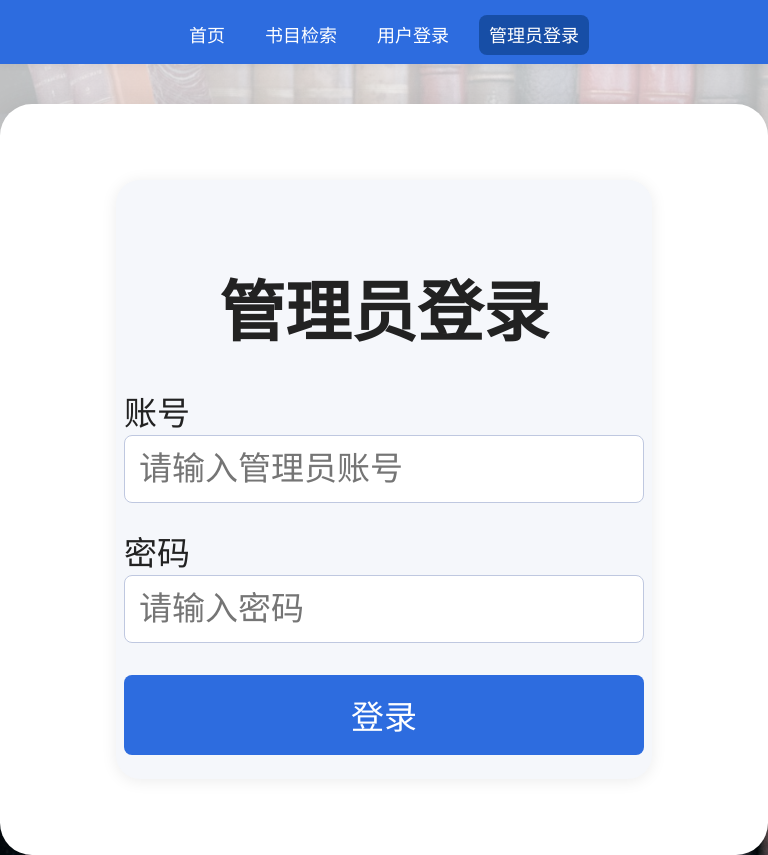
Repository: MercuryRandom/Library-Resource-Management-System
Page: /admin-login (app in frontend/)
The author's editor kept a copy of each file at every save. The page is drawn from the files as they stood at one save, then again after the next save.
The browser window is 768 px wide. The pictures show the whole page.
Backgrounds fixed to the window are drawn as part of the page. The project was rebuilt for these pictures with package versions that can differ from the ones it lists, and the page was loaded fresh each time. Also part of the build but not shown: frontend/vite.config.js, frontend/src/pages/HomePage.jsx, frontend/src/pages/SearchPage.jsx, frontend/src/pages/LoginPage.jsx, frontend/src/pages/RegisterPage.jsx, frontend/src/pages/admin/ReaderManagementPage.jsx, frontend/src/pages/admin/BookManagementPage.jsx, frontend/src/pages/admin/BorrowManagementPage.jsx.

Above is the page before, as saved 2025-06-27 09:53:45.

### frontend/index.html
<!DOCTYPE html>
<html lang="zh-CN">

<head>
  <meta charset="UTF-8" />
  <link rel="icon" type="image/svg+xml" href="/vite.svg" />
  <meta name="viewport" content="width=device-width, initial-scale=1.0" />
  <title>图书管理系统</title>
</head>

<body>
  <div id="root"></div>
  <script type="module" src="/src/main.jsx"></script>
</body>

</html>

### frontend/src/App.jsx
import { BrowserRouter as Router, Routes, Route, useNavigate } from 'react-router-dom';
import MainLayout from './layout/MainLayout';
import HomePage from './pages/HomePage';
import SearchPage from './pages/SearchPage';
import LoginPage from './pages/LoginPage';
import RegisterPage from './pages/RegisterPage';
import UserLibraryPage from './pages/UserLibraryPage';
import AdminLoginPage from './pages/AdminLoginPage';
import AdminPage from './pages/AdminPage';
import ReaderManagementPage from './pages/admin/ReaderManagementPage';
import BookManagementPage from './pages/admin/BookManagementPage';
import BorrowManagementPage from './pages/admin/BorrowManagementPage';
import './App.css';

function App() {
  return (
    <Router>
      <Routes>
        <Route path="/" element={<MainLayout />}>
          <Route index element={<HomePage />} />
          <Route path="search" element={<SearchPage />} />
          <Route path="login" element={<LoginPage />} />
          <Route path="register" element={<RegisterPage />} />
          <Route path="library" element={<UserLibraryPage />} />
          <Route path="admin-login" element={<AdminLoginPage />} />
          <Route path="admin" element={<AdminPage />}>
            <Route path="readers" element={<ReaderManagementPage />} />
            <Route path="books" element={<BookManagementPage />} />
            <Route path="borrowing" element={<BorrowManagementPage />} />
          </Route>
        </Route>
      </Routes>
    </Router>
  );
}

export default App;

### frontend/src/layout/MainLayout.jsx
import React from 'react';
import { Outlet, NavLink } from 'react-router-dom';

const MainLayout = () => {
  return (
    <div>
      <nav>
        <ul>
          <li>
            <NavLink to="/" end className={({ isActive }) => isActive ? 'active' : ''}>首页</NavLink>
          </li>
          <li>
            <NavLink to="/search" className={({ isActive }) => isActive ? 'active' : ''}>书目检索</NavLink>
          </li>
          <li>
            <NavLink to="/login" className={({ isActive }) => isActive ? 'active' : ''}>用户登录</NavLink>
          </li>
          <li>
            <NavLink to="/admin-login" className={({ isActive }) => isActive ? 'active' : ''}>管理员登录</NavLink>
          </li>
        </ul>
      </nav>
      <hr style={{ border: 'none', margin: 0 }} />
      <main>
        <Outlet />
      </main>
    </div>
  );
};

export default MainLayout;

### frontend/src/pages/UserLibraryPage.jsx
import React, { useState } from 'react';

const features = [
  { key: 'history', title: '借阅历史查询', desc: '查看我的借阅记录和归还情况', icon: '📖' },
  { key: 'borrow', title: '图书借阅', desc: '在线借阅图书，方便快捷', icon: '📚' },
  { key: 'return', title: '图书归还', desc: '归还已借阅的图书', icon: '🔄' },
  { key: 'reserve', title: '预约借书', desc: '提前预约心仪的图书', icon: '📝' },
];

const featureContent = {
  history: <div style={{ fontSize: 24, marginTop: 24 }}>这里显示借阅历史（示例内容）。</div>,
  borrow: <div style={{ fontSize: 24, marginTop: 24 }}>这里是图书借阅功能（示例内容）。</div>,
  return: <div style={{ fontSize: 24, marginTop: 24 }}>这里是图书归还功能（示例内容）。</div>,
  reserve: <div style={{ fontSize: 24, marginTop: 24 }}>这里是预约借书功能（示例内容）。</div>,
};

const UserLibraryPage = () => {
  const [selected, setSelected] = useState('history');
  return (
    <div>
      <h2 style={{ fontSize: 44, marginBottom: 36, textAlign: 'center' }}>我的图书馆</h2>
      <div style={{ display: 'flex', justifyContent: 'space-between', gap: 40, marginBottom: 40 }}>
        {features.map(f => (
          <FeatureCard key={f.key} {...f} selected={selected === f.key} onClick={() => setSelected(f.key)} />
        ))}
      </div>
      <div>{featureContent[selected]}</div>
    </div>
  );
};

const FeatureCard = ({ title, desc, icon, selected, onClick }) => (
  <div
    className="card-hover"
    style={{
      flex: 1,
      background: selected ? '#e3eafc' : '#f5f7fb',
      borderRadius: 18,
      boxShadow: '0 2px 12px rgba(0,0,0,0.04)',
      padding: '48px 18px',
      textAlign: 'center',
      minWidth: 180,
      cursor: 'pointer',
      fontSize: 28,
      border: selected ? '2.5px solid #2d6cdf' : '2.5px solid transparent',
      fontWeight: 600,
      transition: 'all 0.2s',
    }}
    onClick={onClick}
  >
    <div style={{ fontSize: 60, marginBottom: 22 }}>{icon}</div>
    <div style={{ fontSize: 30, fontWeight: 700, marginBottom: 16 }}>{title}</div>
    <div style={{ color: '#666', fontSize: 22 }}>{desc}</div>
  </div>
);

export default UserLibraryPage;

### frontend/src/pages/AdminLoginPage.jsx
import React, { useState } from 'react';
import { useNavigate } from 'react-router-dom';

const AdminLoginPage = () => {
  const [username, setUsername] = useState('');
  const [password, setPassword] = useState('');
  const [error, setError] = useState('');
  const navigate = useNavigate();

  const handleLogin = (e) => {
    e.preventDefault();
    if (username === 'admin' && password === 'admin') {
      setError('');
      navigate('/admin');
    } else {
      setError('账号或密码错误');
    }
  };

  return (
    <div className="form-card">
      <h2>管理员登录</h2>
      <form onSubmit={handleLogin}>
        <label htmlFor="username">账号</label>
        <input
          type="text"
          id="username"
          value={username}
          onChange={(e) => setUsername(e.target.value)}
          placeholder="请输入管理员账号"
        />
        <label htmlFor="password">密码</label>
        <input
          type="password"
          id="password"
          value={password}
          onChange={(e) => setPassword(e.target.value)}
          placeholder="请输入密码"
        />
        {error && <div style={{ color: 'red', marginBottom: 12 }}>{error}</div>}
        <button type="submit">登录</button>
      </form>
    </div>
  );
};

export default AdminLoginPage;

### frontend/src/pages/AdminPage.jsx
import React, { useState } from 'react';
import { useNavigate, Outlet } from 'react-router-dom';

const adminFeatures = [
  { key: 'readers', path: 'readers', title: '读者管理', desc: '添加、修改、删除读者信息', icon: '👤' },
  { key: 'books', path: 'books', title: '图书管理', desc: '添加、修改、删除书目信息', icon: '📚' },
  { key: 'borrowing', path: 'borrowing', title: '借还管理', desc: '借书和还书操作', icon: '🔄' },
];

const featureContent = {
  readers: <div style={{ fontSize: 24, marginTop: 24 }}>这里是读者管理功能（示例内容）。</div>,
  books: <div style={{ fontSize: 24, marginTop: 24 }}>这里是图书管理功能（示例内容）。</div>,
  borrowing: <div style={{ fontSize: 24, marginTop: 24 }}>这里是借还管理功能（示例内容）。</div>,
};

const AdminPage = () => {
  const [selected, setSelected] = useState('readers');
  const navigate = useNavigate();
  return (
    <div>
      <h2 style={{ fontSize: 44, marginBottom: 36, textAlign: 'center' }}>管理员功能</h2>
      <div style={{ display: 'flex', justifyContent: 'space-between', gap: 40, marginBottom: 40 }}>
        {adminFeatures.map(f => (
          <div
            key={f.key}
            className="card-hover"
            style={{ flex: 1, background: selected === f.key ? '#e3eafc' : '#f5f7fb', borderRadius: 18, boxShadow: '0 2px 12px rgba(0,0,0,0.04)', padding: '48px 18px', textAlign: 'center', minWidth: 180, cursor: 'pointer', fontSize: 28, border: selected === f.key ? '2.5px solid #2d6cdf' : '2.5px solid transparent', fontWeight: 600, transition: 'all 0.2s' }}
            onClick={() => { setSelected(f.key); navigate(f.path); }}
          >
            <div style={{ fontSize: 60, marginBottom: 22 }}>{f.icon}</div>
            <div style={{ fontSize: 30, fontWeight: 700, marginBottom: 16 }}>{f.title}</div>
            <div style={{ color: '#666', fontSize: 22 }}>{f.desc}</div>
          </div>
        ))}
      </div>
      <div>{featureContent[selected]}</div>
      <div style={{ marginTop: 40 }}>
        <Outlet />
      </div>
    </div>
  );
};

export default AdminPage;

### frontend/src/App.css
body {
  margin: 0;
  padding: 0;
  font-family: 'Segoe UI', 'Arial', sans-serif;
  background: url('/image.png') no-repeat center center fixed;
  background-size: cover;
  color: #222;
  font-size: 24px;
  position: relative;
}

body::before {
  content: '';
  position: fixed;
  left: 0;
  top: 0;
  right: 0;
  bottom: 0;
  background: rgba(255, 255, 255, 0.75);
  /* 可调整透明度和颜色 */
  z-index: 0;
  pointer-events: none;
}

#root {
  min-height: 100vh;
  display: flex;
  flex-direction: column;
  position: relative;
  z-index: 1;
}

nav {
  background: #2d6cdf;
  padding: 0 0;
  box-shadow: 0 2px 8px rgba(0, 0, 0, 0.04);
}

nav ul {
  display: flex;
  justify-content: center;
  align-items: center;
  margin: 0;
  padding: 0;
  list-style: none;
  height: 64px;
}

nav ul li {
  margin: 0 60px;
}

nav ul li a {
  color: #fff;
  text-decoration: none;
  font-size: 28px;
  font-weight: 500;
  padding: 14px 32px;
  border-radius: 8px;
  transition: background 0.2s;
}

nav ul li a:hover,
nav ul li a.active {
  background: #174ea6;
}

main {
  flex: 1;
  max-width: 1600px;
  margin: 40px auto 0 auto;
  background: #fff;
  border-radius: 32px;
  box-shadow: 0 4px 32px rgba(0, 0, 0, 0.10);
  padding: 64px 80px 80px 80px;
  font-size: 1.25em;
  position: relative;
  z-index: 2;
}

/* 登录/注册卡片样式 */
.form-card {
  max-width: 520px;
  margin: 60px auto;
  padding: 48px 40px 40px 40px;
  background: #f5f7fb;
  border-radius: 24px;
  box-shadow: 0 2px 16px rgba(0, 0, 0, 0.08);
}

.form-card h2 {
  text-align: center;
  margin-bottom: 32px;
  font-size: 2.2em;
}

.form-card label {
  font-size: 1.1em;
  margin-bottom: 8px;
}

.form-card input {
  width: 100%;
  padding: 14px;
  font-size: 1.1em;
  border: 1px solid #bfc8e0;
  border-radius: 8px;
  margin-bottom: 24px;
  background: #fff;
  box-sizing: border-box;
}

.form-card button {
  width: 100%;
  padding: 16px;
  font-size: 1.1em;
  background: #2d6cdf;
  color: #fff;
  border: none;
  border-radius: 8px;
  margin-top: 8px;
  cursor: pointer;
  transition: background 0.2s;
}

.form-card button:hover {
  background: #174ea6;
}

.form-card .form-link {
  display: block;
  text-align: right;
  margin-top: 12px;
  color: #2d6cdf;
  text-decoration: underline;
  cursor: pointer;
  font-size: 1em;
}

@media (max-width: 900px) {
  main {
    max-width: 98vw;
    padding: 16px 2vw;
  }

  nav ul li {
    margin: 0 10px;
  }

  nav ul li a {
    font-size: 18px;
    padding: 8px 10px;
  }

  .form-card {
    padding: 24px 8px 24px 8px;
  }
}

.logo {
  height: 6em;
  padding: 1.5em;
  will-change: filter;
  transition: filter 300ms;
}

.logo:hover {
  filter: drop-shadow(0 0 2em #646cffaa);
}

.logo.react:hover {
  filter: drop-shadow(0 0 2em #61dafbaa);
}

@keyframes logo-spin {
  from {
    transform: rotate(0deg);
  }

  to {
    transform: rotate(360deg);
  }
}

@media (prefers-reduced-motion: no-preference) {
  a:nth-of-type(2) .logo {
    animation: logo-spin infinite 20s linear;
  }
}

.card {
  padding: 2em;
}

.read-the-docs {
  color: #888;
}

.card-hover {
  transition: box-shadow 0.25s, transform 0.25s;
  box-shadow: 0 2px 12px rgba(0, 0, 0, 0.04);
}

.card-hover:hover {
  box-shadow: 0 8px 32px rgba(45, 108, 223, 0.18);
  transform: translateY(-10px) scale(1.03);
  z-index: 2;
}

Loaded but not shown: frontend/src/main.jsx (common file)

After the next save:
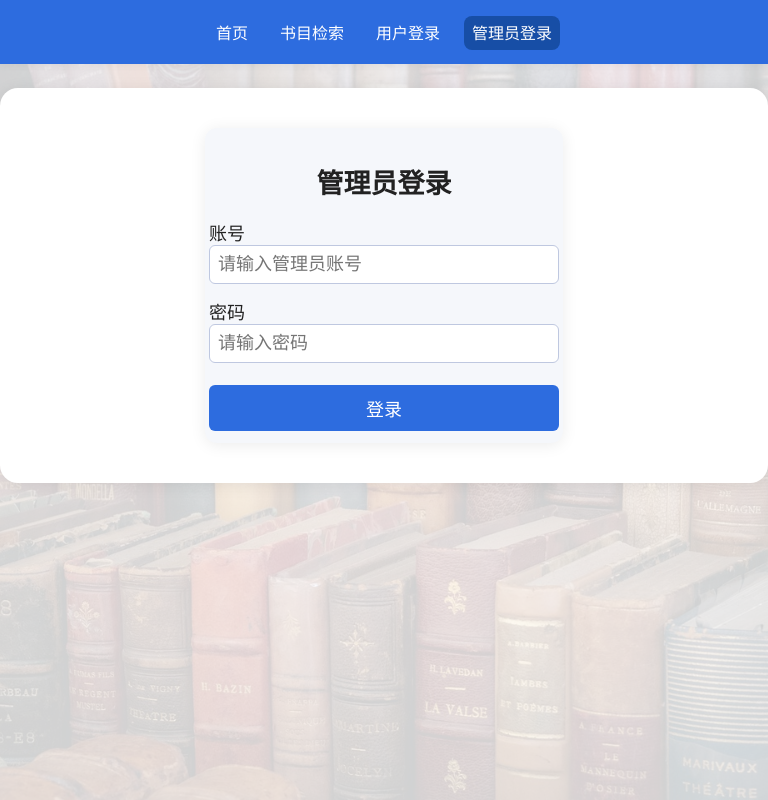
Saved 3 min 31 s later.
--- a/frontend/src/App.css
+++ b/frontend/src/App.css
@@ -5,7 +5,7 @@ body {
   background: url('/image.png') no-repeat center center fixed;
   background-size: cover;
   color: #222;
-  font-size: 24px;
+  font-size: 18px;
   position: relative;
 }
 
@@ -16,7 +16,7 @@ body::before {
   top: 0;
   right: 0;
   bottom: 0;
-  background: rgba(255, 255, 255, 0.75);
+  background: rgba(255, 255, 255, 0.82);
   /* 可调整透明度和颜色 */
   z-index: 0;
   pointer-events: none;
@@ -47,15 +47,15 @@ nav ul {
 }
 
 nav ul li {
-  margin: 0 60px;
+  margin: 0 32px;
 }
 
 nav ul li a {
   color: #fff;
   text-decoration: none;
-  font-size: 28px;
+  font-size: 20px;
   font-weight: 500;
-  padding: 14px 32px;
+  padding: 8px 18px;
   border-radius: 8px;
   transition: background 0.2s;
 }
@@ -67,57 +67,58 @@ nav ul li a.active {
 
 main {
   flex: 1;
-  max-width: 1600px;
-  margin: 40px auto 0 auto;
+  max-width: 1000px;
+  margin: 24px auto 0 auto;
   background: #fff;
-  border-radius: 32px;
-  box-shadow: 0 4px 32px rgba(0, 0, 0, 0.10);
-  padding: 64px 80px 80px 80px;
-  font-size: 1.25em;
+  border-radius: 18px;
+  box-shadow: 0 2px 16px rgba(0, 0, 0, 0.08);
+  padding: 32px 32px 40px 32px;
+  font-size: 1em;
   position: relative;
   z-index: 2;
 }
 
 /* 登录/注册卡片样式 */
 .form-card {
-  max-width: 520px;
-  margin: 60px auto;
-  padding: 48px 40px 40px 40px;
+  max-width: 350px;
+  margin: 32px auto;
+  padding: 24px 18px 18px 18px;
   background: #f5f7fb;
-  border-radius: 24px;
+  border-radius: 12px;
   box-shadow: 0 2px 16px rgba(0, 0, 0, 0.08);
 }
 
 .form-card h2 {
   text-align: center;
-  margin-bottom: 32px;
-  font-size: 2.2em;
+  margin-bottom: 18px;
+  font-size: 1.5em;
 }
 
 .form-card label {
-  font-size: 1.1em;
+  font-size: 1em;
   margin-bottom: 8px;
 }
 
-.form-card input {
+.form-card input,
+.form-card select {
   width: 100%;
-  padding: 14px;
-  font-size: 1.1em;
+  padding: 8px;
+  font-size: 1em;
   border: 1px solid #bfc8e0;
-  border-radius: 8px;
-  margin-bottom: 24px;
+  border-radius: 6px;
+  margin-bottom: 14px;
   background: #fff;
   box-sizing: border-box;
 }
 
 .form-card button {
   width: 100%;
-  padding: 16px;
-  font-size: 1.1em;
+  padding: 10px;
+  font-size: 1em;
   background: #2d6cdf;
   color: #fff;
   border: none;
-  border-radius: 8px;
+  border-radius: 6px;
   margin-top: 8px;
   cursor: pointer;
   transition: background 0.2s;
@@ -140,20 +141,20 @@ main {
 @media (max-width: 900px) {
   main {
     max-width: 98vw;
-    padding: 16px 2vw;
+    padding: 8px 2vw;
   }
 
   nav ul li {
-    margin: 0 10px;
+    margin: 0 8px;
   }
 
   nav ul li a {
-    font-size: 18px;
-    padding: 8px 10px;
+    font-size: 16px;
+    padding: 6px 8px;
   }
 
   .form-card {
-    padding: 24px 8px 24px 8px;
+    padding: 12px 4px 12px 4px;
   }
 }
 
@@ -199,6 +200,9 @@ main {
 .card-hover {
   transition: box-shadow 0.25s, transform 0.25s;
   box-shadow: 0 2px 12px rgba(0, 0, 0, 0.04);
+  font-size: 1em;
+  padding: 18px 8px;
+  border-radius: 12px;
 }
 
 .card-hover:hover {
